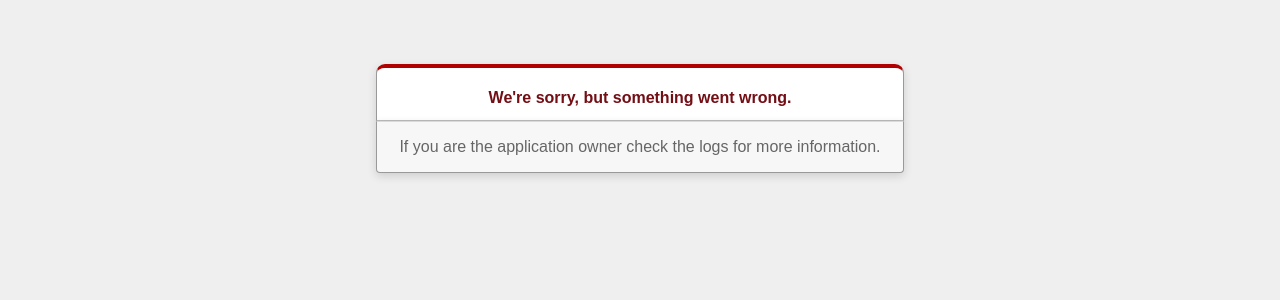
Repository: Conbonbot/Community_Service_Logger
Page: public/500.html
The author's editor kept a record of every edit. The page is drawn from the files as they stood at one moment, then again after the next edit.
The browser window is 1280 px wide. The pictures show the whole page.

Above is the page before.

After the next edit:
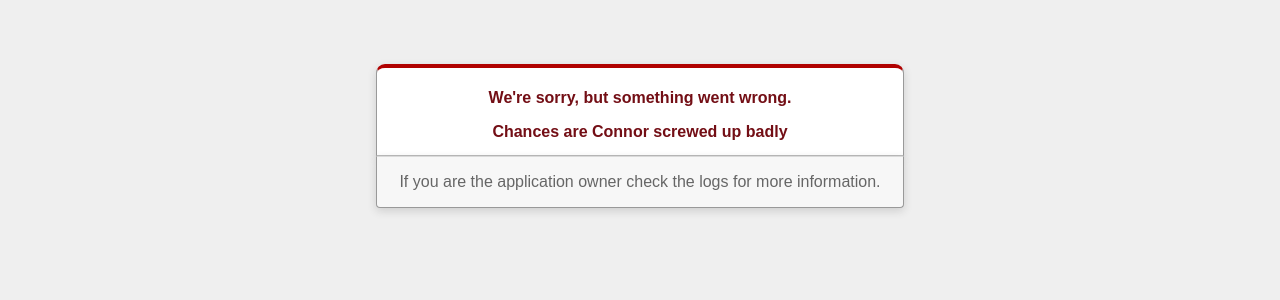
The edit:
--- a/public/500.html
+++ b/public/500.html
@@ -59,6 +59,7 @@
   <div class="dialog">
     <div>
       <h1>We're sorry, but something went wrong.</h1>
+      <h1>Chances are Connor screwed up badly</h1>
     </div>
     <p>If you are the application owner check the logs for more information.</p>
   </div>
